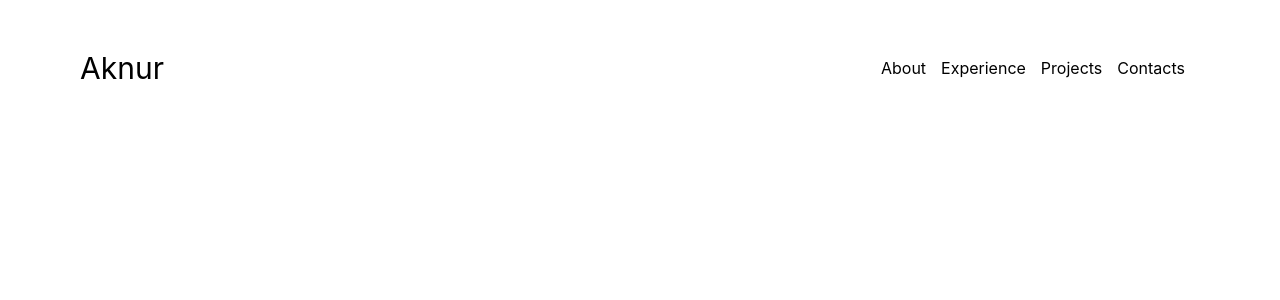
Repository: aknurkappar/nfactorial-portfolio-app-03-03-2022
Page: /
These files come from the project's save history. The page is drawn as it stood at one moment and after the next save; the edit follows.
The browser window is 1280 px wide. The pictures show the whole page.
The project was rebuilt for these pictures with package versions that can differ from the ones it lists, and the page was loaded fresh each time. Also part of the build but not shown: src/App.css.

Above is the page before, as saved 2023-03-03 20:51:12.

After the next save:
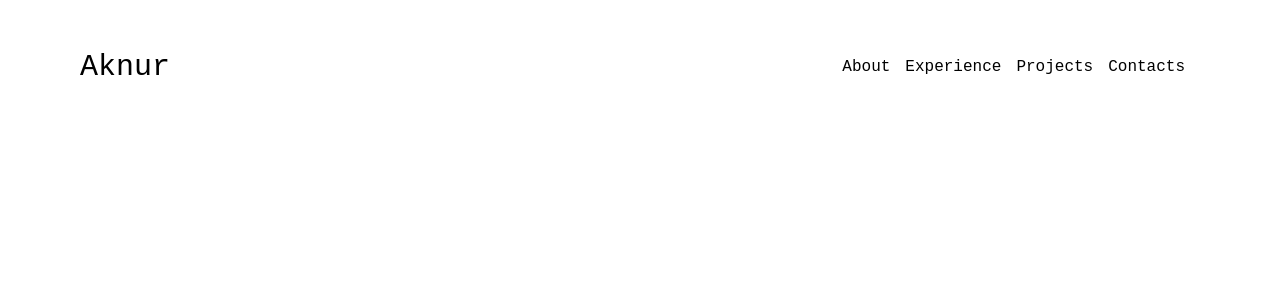
Saved 6 s later.
--- a/src/index.css
+++ b/src/index.css
@@ -5,7 +5,7 @@ body {
     sans-serif;
   -webkit-font-smoothing: antialiased;
   -moz-osx-font-smoothing: grayscale;
-  font-family: ;
+  font-family:'Courier New', Courier, monospace;
 }
 
 code {
